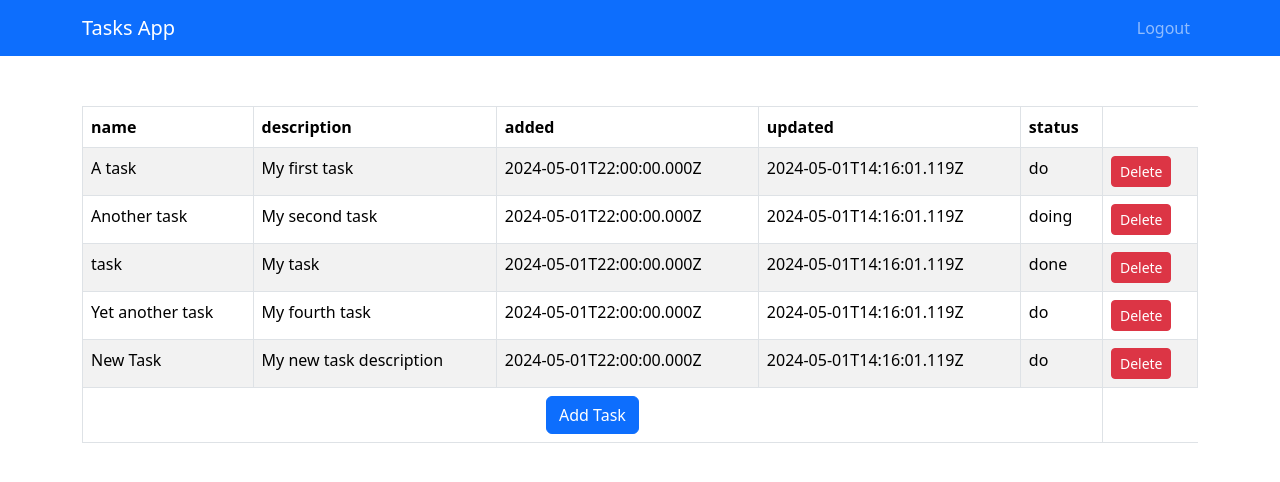
Repository: trider/react-task-manager
Page: /#/tasks
These files come from the project's save history. The page is drawn as it stood at one moment and after the next save; the edit follows.
The browser window is 1280 px wide. The pictures show the whole page.
The project was rebuilt for these pictures with package versions that can differ from the ones it lists, and the page was loaded fresh each time. Also part of the build but not shown: src/App.css, src/data/_Users.js, src/pages/Login.js.

Above is the page before, as saved 2024-05-06 15:20:35.

### src/App.js
// import logo from './logo.svg';
import './App.css';
import 'bootstrap/dist/css/bootstrap.min.css';
// import { BrowserRouter, Routes, Route } from "react-router-dom";
import {HashRouter as Router, Routes, Route} from "react-router-dom";
import LoginForm from "./pages/Login";
import TaskList from "./pages/Task";

// const path = process.env.REACT_APP_FOR_PATH;

function App() {
  return (
    <div>
      <Router baseline="/">
        <Routes>
          <Route index element={<LoginForm />} />
            <Route path="login" element={<LoginForm />} />
            <Route path="tasks" element={<TaskList />} />
        </Routes>
      </Router>
    </div>
  );
}

export default App;

### src/pages/Task.js
import * as React from 'react';
import Table from 'react-bootstrap/Table';
import Container from 'react-bootstrap/Container';
import ModalComponent from '../components/Modal';
import userTasks from '../data/_Tasks';
import tableCols from '../data/_Cols';
import NavbarComponent from '../components/Navigation';
import Button from 'react-bootstrap/Button';



const TaskTable = () => {
  return (
    <div>
      <Table striped bordered hover size="lg">
      <thead>
        <tr>
          {tableCols.map((col) => (
            <th key={col}>{col}</th>
          ))}
        </tr>
      </thead>
      <tbody>
        {userTasks.map((task) => (
          <tr key={task.id}>
            {tableCols.map((col) => (
              <td key={col}>{task[col]}</td>
            ))}
            <td>

            <Button  variant="danger" size='sm'>
            Delete
          </Button>


            </td>
          </tr>
        ))}

      </tbody>
      <tfoot>
        <tr>
          <td colSpan={tableCols.length}>
          <div className="d-grid gap-2 d-md-flex justify-content-md-center">
            <ModalComponent />
           </div>
          </td>
        </tr>
      </tfoot>
    </Table>




    </div>
  );
}


const TaskList = () => {
  return (
    <div>

    <NavbarComponent />
    <Container style={{marginTop:"50px"}}>
      <TaskTable />
    </Container>
    </div>
  );
}

export default TaskList;

### src/components/Modal.js
import { useState } from 'react';
import Button from 'react-bootstrap/Button';
import Modal from 'react-bootstrap/Modal';

const ModalComponent = () => {
  const [show, setShow] = useState(false);

  const handleClose = () => setShow(false);
  const handleShow = () => setShow(true);
  const Title = "Add Task";
  return (
    <div>
      <Button variant="primary" onClick={handleShow}>
        {Title}
      </Button>

      <Modal show={show} onHide={handleClose}>
        <Modal.Header closeButton>
          <Modal.Title>{Title}</Modal.Title>
        </Modal.Header>
        <Modal.Body>
          Woohoo, you are reading this text in a modal!
          <div className='bg-primary text-light text-center' style={{ marginTop: '10px'}}>
          <Button  variant="primary" onClick={handleClose} size='sm'>
            Submit
          </Button>


          </div>


          </Modal.Body>
        {/* <Modal.Footer>


        <div className='bg-primary text-light text-center' >
          <Button  variant="primary" onClick={handleClose}>
            Submit
          </Button>
          </div>
        </Modal.Footer> */}
      </Modal>
    </div>
  );
}

export default ModalComponent;

### src/data/_Tasks.js
const userTasks= [
 {
   id: "6630ab326e723ac1ea6dce7a",
   description: "My first task",
   name: "A task",
   taskId: 1,
   user: "jonnygold",
   added: "2024-05-01T22:00:00.000Z",
   updated: "2024-05-01T14:16:01.119Z",
   status: "do",
   isActive: true
 },
 {
   id: "6630fe5d6e723ac1ea6dce7e",
   description: "My second task",
   name: "Another task",
   taskId: 2,
   user: "jonnygold",
   added: "2024-05-01T22:00:00.000Z",
   updated:"2024-05-01T14:16:01.119Z",
   status: "doing",
   isActive: true
 },
 {
   id: "6630fe826e723ac1ea6dce7f",
   description: "My task",
   name: "task",
   taskId: 3,
   user: "jonnygold",
   added: "2024-05-01T22:00:00.000Z",
   updated:"2024-05-01T14:16:01.119Z",
   status: "done",
   isActive: true
 },
 {
   id: "6631f17cc4c9b7f5ab3c28c3",
   name: "Yet another task",
   description: "My fourth task",
   user: "jonnygold",
   taskId: 4,
   added: "2024-05-01T22:00:00.000Z",
   updated:"2024-05-01T14:16:01.119Z",
   isActive: true,
   status: "do",

 },
 {
   id: "66323f0d54b80929f84ebdd2",
   user: "jonnygold",
   name: "New Task",
   description: "My new task description",
   status: "do",
   taskId: 5,
   added: "2024-05-01T22:00:00.000Z",
   updated:"2024-05-01T14:16:01.119Z",
   isActive: true,
 }

]

export default userTasks

### src/data/_Cols.js
const tableCols = [
 'name',
 'description',
 'added',
 'updated',
 'status',
];

export default tableCols

### src/components/Navigation.js
import * as React from 'react';
import Container from 'react-bootstrap/Container';
import Nav from 'react-bootstrap/Nav';
import Navbar from 'react-bootstrap/Navbar';






const NavbarComponent = () => {
  return (
    <Navbar bg="primary" expand="lg" data-bs-theme="dark">
      <Container>
        <Navbar.Brand href="#home">Tasks App</Navbar.Brand>
        <Navbar.Toggle aria-controls="basic-navbar-nav" />
        <Navbar.Collapse id="basic-navbar-nav">
          <Nav className="me-auto" >
          </Nav>
          <Nav>
            <Nav.Link href="/login">Logout</Nav.Link>
          </Nav>
        </Navbar.Collapse>
      </Container>
    </Navbar>
  );
}



export default NavbarComponent;

Loaded but not shown: public/index.html (common file); src/index.js (common file); src/index.css (common file); src/reportWebVitals.js (common file)

After the next save:
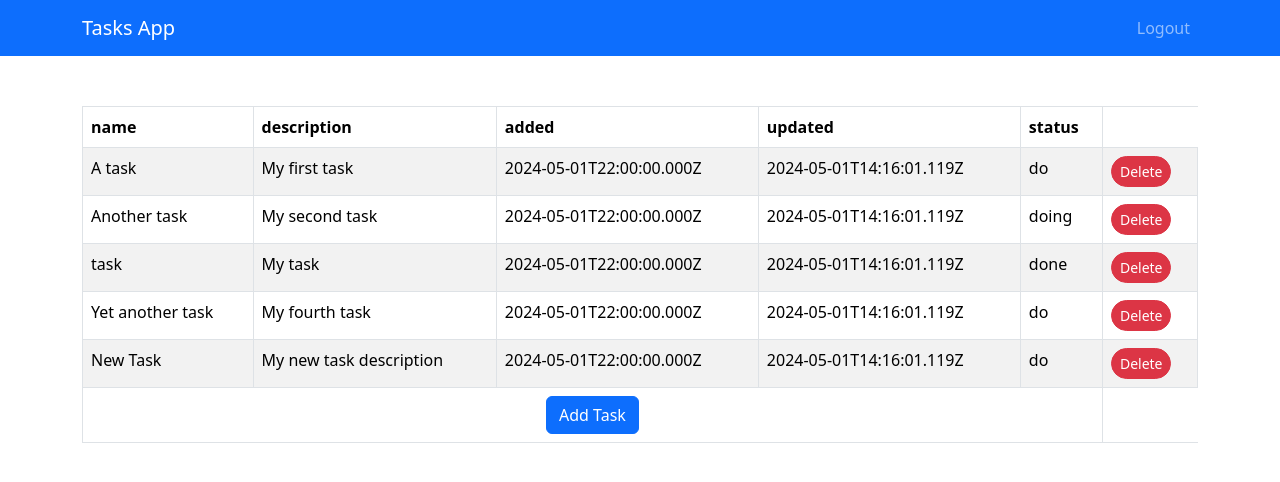
Saved 77 s later.
--- a/src/pages/Task.js
+++ b/src/pages/Task.js
@@ -28,7 +28,7 @@ const TaskTable = () => {
             ))}
             <td>
 
-            <Button  variant="danger" size='sm'>
+            <Button  variant="danger" size='sm' className='btn-danger rounded-pill'>
             Delete
           </Button>
 
